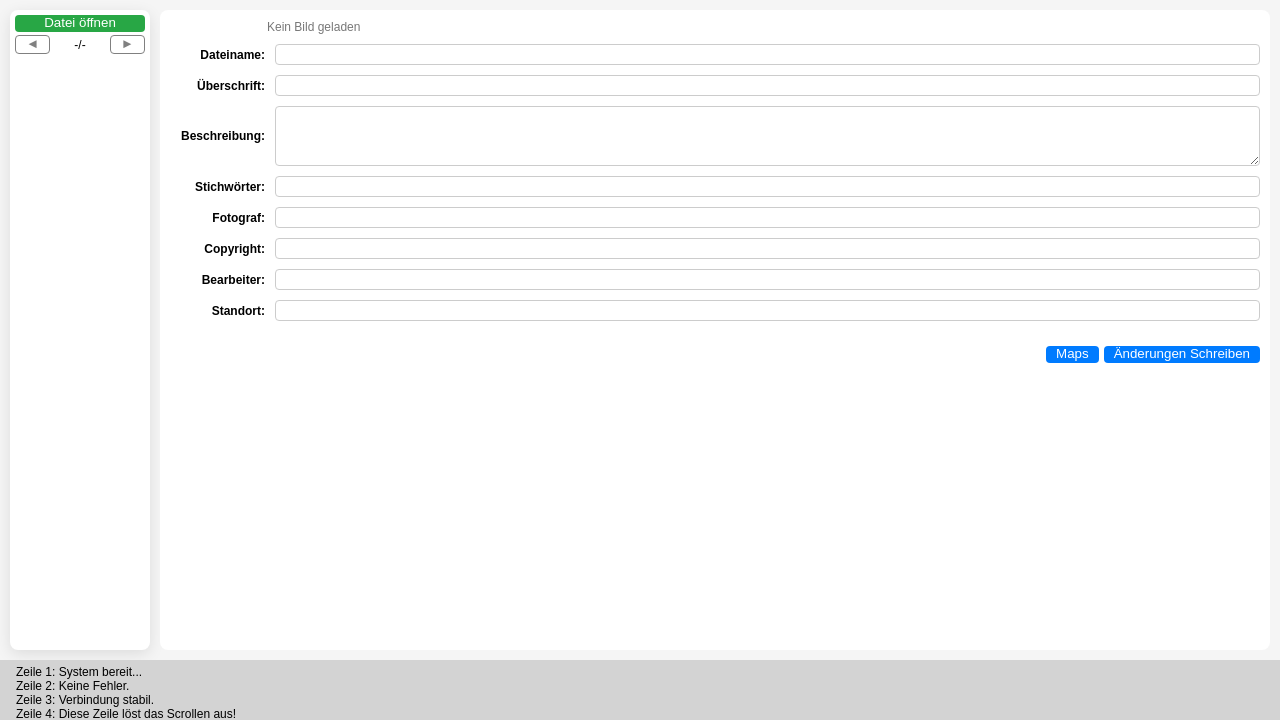
Repository: h-fahle/metadata
Page: ui/index.html
These files come from the project's save history. The page is drawn as it stood at one moment and after the next save; the edit follows.
The browser window is 1280 px wide. The pictures show the whole page.

Above is the page before, as saved 2026-08-19 16:50:33.

### ui/index.html
<!DOCTYPE html>
<html lang="de">

<head>
	<meta charset="UTF-8">
	<title>Tauri ExifTool Test</title>
	<script src="script.js" defer></script>
	<link rel="stylesheet" href="style.css">
</head>

<body>

	<main id="main-container">

		<!-- Das Vorschaubild links -->
		<aside id="sidebar">

			<button id="file-open" onclick="dateiAuswählen()">Datei öffnen</button>

			<div id="nav">
				<button class="blaettern" onclick="blaettern(-1)">◄</button>
				<span id="img-nummer">-/-</span>
				<button  class="blaettern" onclick="blaettern(1)">►</button>
			</div>

<!-- 		<select id="menue-oeffnen" onchange="menueAktion(this)" >
				<option value="dateien">🖼️ Bilder öffnen...</option>
				<option value="ordner">📁 Ordner öffnen...</option>
			</select>
 -->
			<img id="vorschau-bild" src="" style="display:none;" />
			<div id="bild-info" style="text-align:center;">
				<span id="img-datum"></span><br>
				<span id="img-groesse"></span>
			</div>
		</aside>

		<!-- Das Formular rechts -->
		<section id="form-container">

			<div id="ordner-pfad">Kein Bild geladen</div>

			<div class="form-row tooltip" data-tooltip=
"Im Einzelmodus: Änderung des Dateinamens bewirkt
   Umbenennung der Datei.
Im Stapelmodus: Ordnername is nicht änderbar.!">
				<label for="filename">Dateiname:</label>
				<input type="text" id="filename" name="filename"/>
			</div>

			<div class="form-row tooltip" data-tooltip=
"Auch: (Dokument-)Titel, Schlagzeile, Headline">
				<label for="caption">Überschrift:</label>
				<input type="text" id="caption" name="caption"/>
			</div>

			<div class="form-row tooltip" data-tooltip=
"Beschreibender Text in beliebiger Länge.
(Im Stapelmodus wird der eingegebene Text
   an vorhandenen angehängt.)
Hinweis: Einige Programme zeigen nur 2.000 Zeichen
   oder auch weniger an.">
				<label for="description">Beschreibung:</label>
				<textarea id="description" name="description" style="min-height: 60px;"></textarea>
			</div>

			<div class="form-row tooltip" data-tooltip=
"Komma-separierte Liste. Groß-/Kleinschreibung beachten.
Im Stapelmodus werden die eingegebenen Stichwörter
   an vorhandene angehängt.">
				<label for="keywords">Stichwörter:</label>
				<input type="text" id="keywords" name="keywords"/>
			</div>

			<div class="form-row tooltip" data-tooltip=
"Urheber, Ersteller, Autor
(Tags: Artitst, Creator, By-line)">
				<label for="creator">Fotograf:</label>
				<input type="text" id="creator" name="creator"/>
			</div>

			<div class="form-row tooltip" data-tooltip=
"Urheberrechtshinweis; enthält in der Regel:
Name des Fotografen, Aufnahmejahr und Nutzungsrechte;
(z.B. 'Copyright [1975] [Mustermann], Alle Rechte vorbehalten')">
				<label for="copyright">Copyright:</label>
				<input type="text" id="copyright" name="copyright"/>
			</div>

			<div class="form-row tooltip" data-tooltip=
"Verfasser der Metadaten
(Tags: Caption Writer, Writer Editor)">
				<label for="editor">Bearbeiter:</label>
				<input type="text" id="editor" name="editor"/>
			</div>

			<div class="form-row tooltip" data-tooltip=
"GPS-Koordinaten in Dezimalgrad (51.49129, 8.43317).
Ermitteln der Koordinaten in der Google Maps-Karte:
  1. mit rechter Maustaste auf den Standort klicken,
  2. auf die angezeigten Koordinaten klicken,
  3. der so gespeicherte Wert kann dann mit Strg+V
     kopiert werden.">
				<label for="position">Standort:</label>
				<input type="text" id="position" name="position"/>
			</div>

			<!-- Button-Leiste -->
			<div class="button-group" style="text-align: right; margin-top: 15px;">
				<button type="button" onclick="zeigeMaps(event)" style="background: #007BFF;">Maps</button>
				<button type="button" onclick="exifSchreiben(event)" style="background: #007BFF;">Änderungen Schreiben</button>
			</div>

		</section>  <!-- Ende der form-containers-->
	</main> <!-- Ende des main-containers -->

	<footer id="statusleiste">
		<div id="status-text">
			Zeile 1: System bereit...<br>
			Zeile 2: Keine Fehler.<br>
			Zeile 3: Verbindung stabil.<br>
			Zeile 4: Diese Zeile löst das Scrollen aus!
		</div>
	</footer>


</body>

</html>

### ui/script.js
let aktuellerBildPfad = "";
let bilderListe = [];
let aktuellerIndex = -1;
let status = document.getElementById('statusleiste');


function zeigeStatus(nachricht) {
    status.innerText = nachricht;
}

async function dateiAuswählen() {
    try {
        const ergebnis = await window.__TAURI__.core.invoke('plugin:dialog|open', {
            options: {
                title: 'Bilddatei für ExifTool auswählen',
                directory: false,
                multiple: false,
                filters: [
                    { name: 'Bilder', extensions: ['jpg', 'jpeg', 'png', 'gif', 'tif', 'tiff', 'webp', 'avif', 'heic', 'heif'] }
                ]
            }
        });

        if (ergebnis) {
            const pfad = typeof ergebnis === 'object' ? ergebnis.path : ergebnis;
            aktuellerBildPfad = pfad;

            // Bilderliste des Ordners auslesen
            await ladeOrdnerBilder(pfad);

            // Metadaten für das aktuelle Bild einlesen
            exifAuslesen();
        }
    } catch (fehler) {
        zeigeStatus("Dialog-Fehler: " + fehler);
    }
}

async function ladeOrdnerBilder(pfad) {
    try {
        bilderListe = await window.__TAURI__.core.invoke('hole_ordner_bilder', { dateipfad: pfad });
        // Finde den Index des aktuell geöffneten Bildes
        aktuellerIndex = bilderListe.indexOf(pfad);
    } catch (fehler) {
        console.error("Fehler beim Laden des Ordnerinhalts:", fehler);
        ausgabe.innerHTML = "<span style='color: red;'>Fehler beim Laden des Ordnerinhalts: " + fehler + "</span>";
        bilderListe = [pfad];
        aktuellerIndex = 0;
    }
}

function blaettern(richtung) {
    if (bilderListe.length === 0) return;

    aktuellerIndex += richtung;

    // Begrenzungen einhalten
    if (aktuellerIndex < 0) {
        aktuellerIndex = 0;
        return;
    }
    if (aktuellerIndex >= bilderListe.length) {
        aktuellerIndex = bilderListe.length - 1;
        return;
    }

    aktuellerBildPfad = bilderListe[aktuellerIndex];
    exifAuslesen();
}

async function exifAuslesen() {
    const pfad = aktuellerBildPfad;
    const vorschauImg = document.getElementById("vorschau-bild");

    zeigeStatus("Rufe ExifTool auf...");

    try {
        // 1. Metadaten über Rust holen
        const jsonText = await window.__TAURI__.core.invoke('lese_bild_metdaten', { dateipfad: pfad });
        const datenObjekt = JSON.parse(jsonText)[0]; 	// Das 1. JSON-Objekt im JSON-Array in JS-Objekt umwandeln

        if (bilderListe.length > 0) {
            document.getElementById('img-nummer').innerText = `${aktuellerIndex + 1}/${bilderListe.length}`;
        } else {
            document.getElementById('img-nummer').innerText = '0/0';
        }

        let aufnahmeDatum = datenObjekt.DateTimeOriginal;
        if (typeof aufnahmeDatum === 'undefined') aufnahmeDatum = '---';

        document.getElementById('img-datum').innerText = '\u{1F4F7} ' + aufnahmeDatum || '';
        document.getElementById('img-groesse').innerText = '⤢ ' + datenObjekt.ImageSize || '';

        document.getElementById('filename').value = datenObjekt.FileName || '';
        document.getElementById('caption').value = datenObjekt.CMB_Caption || '';
        document.getElementById('description').value = datenObjekt.Description || '';
        document.getElementById('keywords').value = datenObjekt.Keywords || '';
        document.getElementById('creator').value = datenObjekt.Creator || '';
        document.getElementById('copyright').value = datenObjekt.Copyright || '';
        document.getElementById('editor').value = datenObjekt.CMB_Editor || '';
        document.getElementById('position').value = datenObjekt.GPSPosition || '';

        const vollerPfad = pfad;
        // Erkennt automatisch Linux-Schrägstriche (/) und Windows-Backslashes (\)
        const letzterSlash = Math.max(vollerPfad.lastIndexOf('/'), vollerPfad.lastIndexOf('\\'));
        let ordner = "Unbekannt";
        if (letzterSlash !== -1) {
            ordner = vollerPfad.substring(0, letzterSlash);
        }
        // Den berechneten Ordnerpfad in das neue Label schreiben
        document.getElementById('ordner-pfad').innerText = ordner;

        // Wir nehmen das erste Element der Liste (ExifTool liefert immer ein Array)
        zeigeStatus(jsonText);

        // Wir fragen Rust nach dem besten Weg für das Bild
        const vorschauErgebnis = await window.__TAURI__.core.invoke('hole_vorschaubild', { dateipfad: pfad });

        if (vorschauErgebnis === "STANDARD") {
            // Normales JPG/PNG über das Asset-Protokoll
            const assetUrl = window.__TAURI__.core.convertFileSrc(pfad);
            vorschauImg.src = assetUrl + "?t=" + new Date().getTime();
        } else if (vorschauErgebnis.startsWith("data:[embedded picture, 23 characters]")) {
            // TIF/TIFF über den im RAM kompilierten Rust-Wandler
            vorschauImg.src = vorschauErgebnis;
        }

        vorschauImg.style.display = "block";

    } catch (fehler) {
        zeigeStatus("Fehler: " + fehler);
        vorschauImg.style.display = "none";
    }
}

async function zeigeMaps(event) {
    event.preventDefault()
    let gps = document.getElementById('position').value;

    try {
        // Ruft direkt unsere eigene, sichere Rust-Funktion auf
        await window.__TAURI__.core.invoke('oeffne_maps_browser', {
            gpsString: gps
        });
    } catch (fehler) {
        console.error("Fehler:", fehler);
        ausgabe.innerHTML = "<span style='color: red;'>Fehler bei öffnen Maps: " + fehler + "</span>";
    }
}

async function exifSchreiben(ereignis) {
    if (ereignis) ereignis.preventDefault();  // verbietet dem Browser den automatischen Seiten-Reset!

    const pfad = aktuellerBildPfad;

    zeigeStatus("Speichere Daten über ExifTool...");

    // Wir sammeln alle aktuellen Werte aus den Eingabefeldern ein
    const daten = {
        dateipfad: pfad,
        filename: document.getElementById('filename').value,
        caption: document.getElementById('caption').value,
        description: document.getElementById('description').value,
        keywords: document.getElementById('keywords').value.split(',').map(s => s.trim()).join(', '),
        creator: document.getElementById('creator').value,
        copyright: document.getElementById('copyright').value,
        editor: document.getElementById('editor').value,
        gps: document.getElementById('position').value
    };

    try {
        // Wir schicken das gesamte Paket an die Rust-Funktion 'schreibe_bild_metdaten'
        const antwort = await window.__TAURI__.core.invoke('schreibe_bild_metdaten', daten);

        // Bei Erfolg zeigen wir die Meldung in grüner Schrift an
        zeigeStatus(antwort);

        // 2. Da der Pfad dank preventDefault() jetzt bombenfest im Feld stehen bleibt,
        // funktioniert das Neuladen nun augenblicklich und fehlerfrei!
        await exifAuslesen();

    } catch (fehler) {
        // Falls etwas schiefgeht (z.B. Datei schreibgeschützt), zeigen wir den Fehler an
        zeigeStatus("Fehler: " + fehler);
    }
}

### ui/style.css
/* 1. Das App-Fenster exakt auf 100% fixieren (kein äußeres Scrollen) */
html, body {
	margin: 0;
	padding: 0;
	height: 100vh;
	width: 100vw;
	overflow: hidden; /* Verhindert jegliche äußere Scrollbalken */
	background: #f5f5f5;
	font-family: sans-serif;
	font-size: 12px;
	display: flex;
	flex-direction: column; /* Hauptinhalt oben, Statusleiste unten */
}

/* Allumfassender Box-Sizing-Fix für die gesamte App */
*, *::before, *::after {
	box-sizing: border-box;
}

/* 2. Der Hauptbereich füllt den gesamten oberen Platz aus */
#main-container {
	flex: 1;
	display: flex;
	flex-direction: row; /* Elemente nebeneinander */
	gap: 10px;
	padding: 10px;
	overflow: hidden; /* Verhindert, dass Riesen-Inhalte das Fenster sprengen */
}

/* 3. LINKS: Die Sidebar mit fester Breite */
#sidebar {
	width: 140px;
	min-width: 140px; /* Lässt die Sidebar niemals schrumpfen */
	background-color: #ffffff;
	border-radius: 8px;
	padding: 5px;
	box-shadow: 0 4px 15px rgba(0, 0, 0, 0.1);
}

/* 4. RECHTS: Das Formular nimmt den gesamten Rest ein und wächst mit */
#form-container {
	flex: 1; /* Nimmt 100% des restlichen Platzes ein */
	min-width: 0; /* Erlaubt Flexbox, die Box bei Bedarf zu verkleinern */
	background-color: #ffffff;
	border-radius: 8px;
	padding: 10px;
	display: flex;
	flex-direction: column;
	gap: 10px;
}

/* Jede Zeile wird zu einer horizontalen Flexbox */
.form-row {
	display: flex !important;
	flex-direction: row;
	align-items: center; /* Richtet Label und Input vertikal mittig zueinander aus */
	gap: 10px;           /* Abstand zwischen Label und Input */
	width: 100%;
}

/* Die Labels bekommen eine feste Breite, damit alle Inputs sauber untereinander starten */
.form-row label {
	width: 95px;         /* Breite je nach längstem Label-Text anpassen */
	min-width: 95px;     /* Verhindert, dass das Label zusammengedrückt wird */
	text-align: right;   /* Optional: Richtet den Text rechtsbündig zum Input aus */
	font-weight: bold;
}

/* Die Eingabefelder füllen jetzt den gesamten restlichen Platz der Zeile aus */
.form-row input,
.form-row textarea {
	flex: 1;             /* Zwingt das Input-Feld, den Rest der Zeile einzunehmen */
	width: 100%;
	min-width: 0;        /* Erlaubt dem Input, bei sehr kleinen Fenstern stabil zu schrumpfen */
	/* padding: 8px; */
	border: 1px solid #ccc;
	border-radius: 4px;
	padding: 2px;
	-webkit-font-smoothing: antialiased;
}
form-row.textarea {
	min-height: 140px;
}


/* 5. UNTEN: Die Statusleiste mit fixer Höhe und eigenem Scrollbalken */
#statusleiste {
	height: 60px; /* Feste Höhe für ca. 3 Zeilen Text */
	min-height: 60px;
	background-color: lightgray;
	color: black;
	padding: 5px 16px;
	overflow-y: auto; /* Vertikaler Scrollbalken erscheint NUR bei Bedarf */
	overflow-x: hidden; /* Verhindert horizontales Scrollen in der Statusleiste */
	-webkit-font-smoothing: antialiased
}




div#nav {
	width: 130px;
	display: flex;
	justify-content: space-between;
	align-items: center;
	margin-bottom: 10px;
}

#vorschau-bild {
	width: 130px;
	height: auto;
	border: 1px outset gray;
}


/* Container des Formulars ----------------------------------------- */
#mein-formular-container {
	flex-grow: 1;
	margin: 0;
	padding: 5px 10px;
	background-color: #ffffff;
	border-radius: 8px;
	box-shadow: 0 4px 15px rgba(0, 0, 0, 0.1);
	font-family: Arial, sans-serif;
}

#mein-formular-container div {
	display: flex;
	align-items: center;
	margin: 6px 0;
	/* Geringer Zeilenabstand */
	width: 100%;
	margin-top: 5px;
	/* Kleiner Abstand nach oben */
	margin-bottom: 5px;
	/* Kleiner Abstand nach unten */
}

#ordner-pfad {
	margin-left: 97px !important;
	color: #777777;
}


/* Bedien-Elemente -------------------------------------------- */
button {
	padding: 0px 10px 2px 10px;
	cursor: pointer;
	background: #28a745;
	color: white;
	border: none;
	border-radius: 4px;
}

button#file-open {
	width: 130px;
	margin-bottom: 3px;
}

button.blaettern {
	border: 1px solid gray;
	color: gray;
	background-color: white;
}

/* Der Absendeknopf richtet sich nach den Eingabefeldern aus */
.button-group {
	display: flex;
	justify-content: flex-end;
}

.button-group button {
	margin-left: 5px;
}

select {
	-moz-appearance: none;
	-webkit-appearance: none;
	appearance: none;
	border: none;
	border-radius: 4px;
	background: #28a745;
	color: white;
	width: 120px;
}


/* Formular-Elemente ---------------------------------------------------------- */


.tooltip {
	position: relative;
	display: block;
	/* margin-bottom: 15px; */
	/* Wichtig: Standard-Ebene für alle Zeilen */
	z-index: 1;
}

.tooltip:focus-within {
	z-index: 10;
}

/* Wenn die Maus drüber ist oder getippt wird, MUSS diese Zeile über allen anderen liegen */
.tooltip:hover,
.tooltip:has(input:focus) {
	z-index: 9999 !important;
}

.tooltip:hover {
	z-index: 99999 !important;
}

/* Der Tooltip selbst */
.tooltip:hover::after {
	content: attr(data-tooltip);
	position: absolute;

	/* Vertikale Positionierung (unten) */
	top: 50%;
	margin-top: 8px;
	bottom: auto;

	/* Horizontale Positionierung (an deiner Label-Breite) */
	left: 105px;
	/* Hier wieder deine Label-Breite eintragen */
	right: auto;
	transform: none;

	/* Styling & Farben */
	background-color: #333333;
	color: #ffffff;
	padding: 2px 4px;
	background-color: lightyellow;
	color: black;
	border: 1px solid gray;
	border-radius: 4px;
	font-size: 11px;
	line-height: 1.4;

	/* Dynamische Breite */
	white-space: pre;
	width: max-content;

	/* DIE RETTUNG FÜR DEN Z-INDEX: */
	z-index: 100000;
	pointer-events: none;
	/* Verhindert, dass der Tooltip Maus-Klicks oder Hovers abfängt */
}

After the next save:
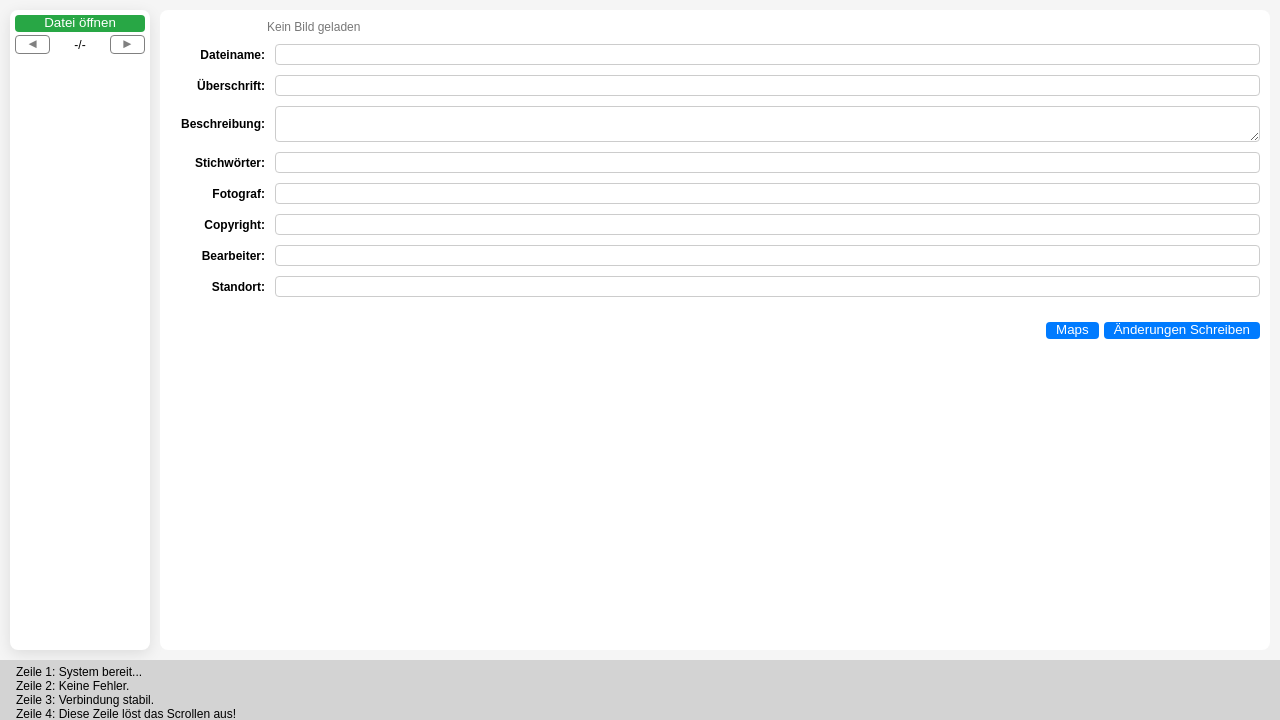
Saved 2 s later.
--- a/ui/index.html
+++ b/ui/index.html
@@ -61,7 +61,7 @@ Im Stapelmodus: Ordnername is nicht änderbar.!">
 Hinweis: Einige Programme zeigen nur 2.000 Zeichen
    oder auch weniger an.">
 				<label for="description">Beschreibung:</label>
-				<textarea id="description" name="description" style="min-height: 60px;"></textarea>
+				<textarea id="description" name="description"></textarea>
 			</div>
 
 			<div class="form-row tooltip" data-tooltip=
